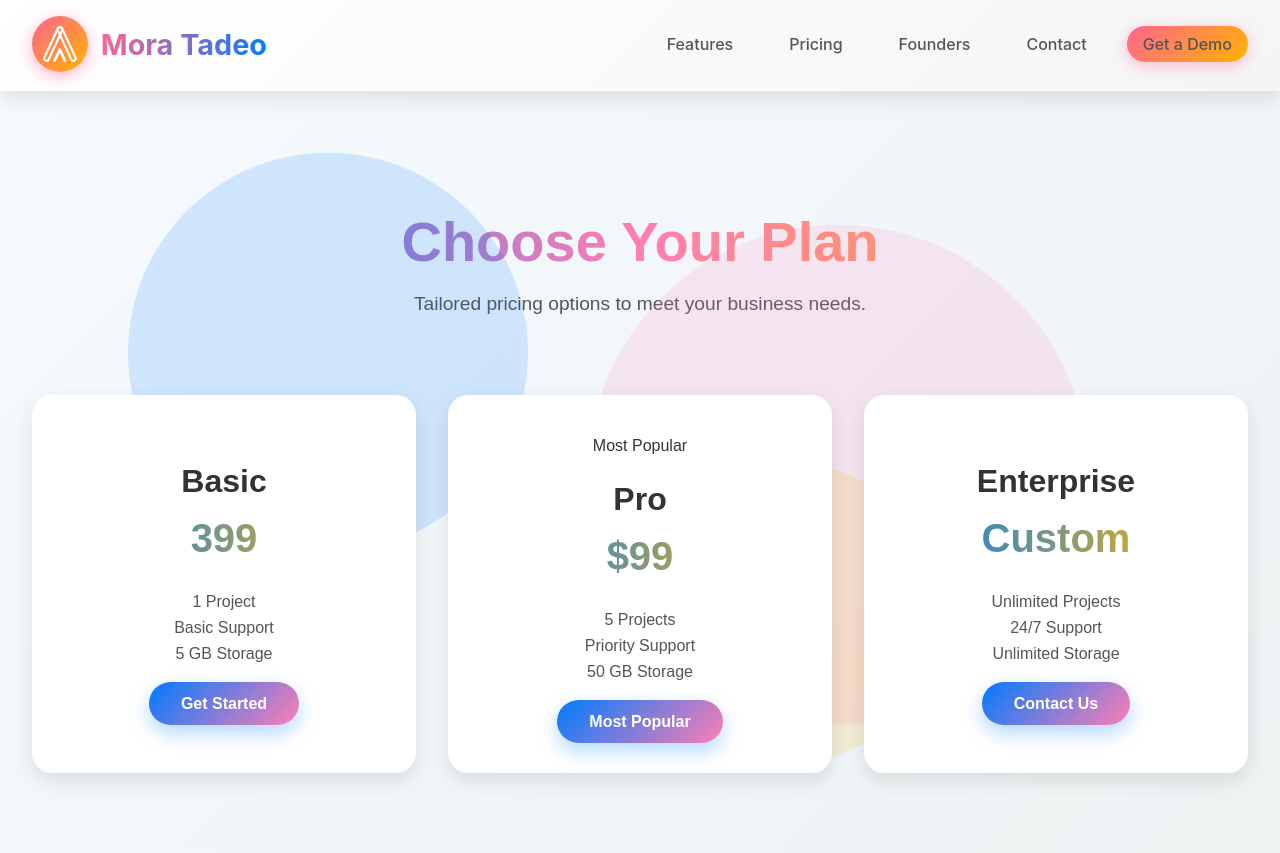
Repository: AbrahamM007/moratadeo
Page: /pricing
An editor plug-in stored every save of this project. The page is shown before and after the next save, followed by the edit.
The browser window is 1280 px wide. The pictures show the whole page.
The project was rebuilt for these pictures with package versions that can differ from the ones it lists, and the page was loaded fresh each time. Also part of the build but not shown: src/HeroSection.css, src/HeroSection.js, src/InfoSection.css, src/InfoSection.js, src/RoadmapSection.css, src/RoadmapSection.js, src/DesignPhaseSection.js, src/HeroBanner.js and 7 more.

Above is the page before, as saved 2025-01-13 10:29:09.

After the next save:
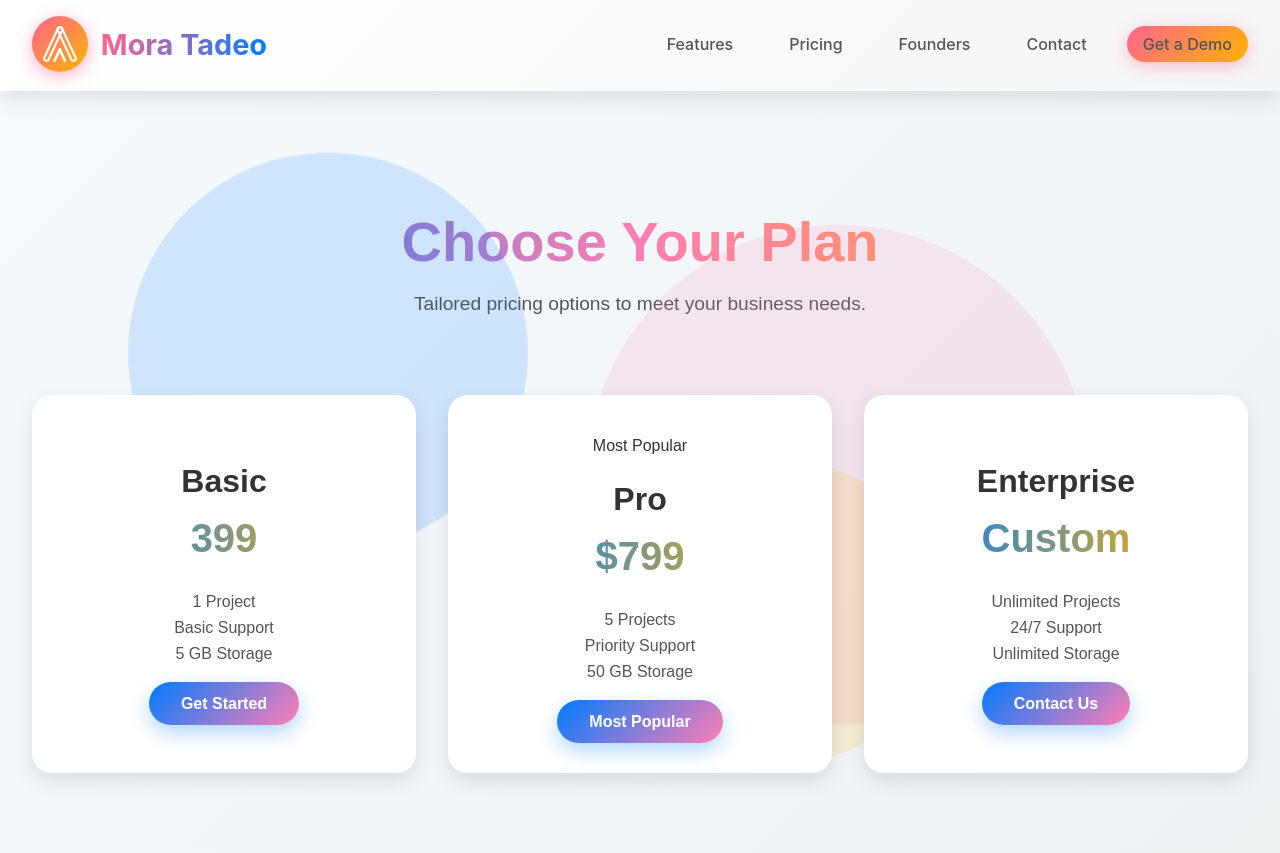
Saved 5 s later.
--- a/src/PricingPage.js
+++ b/src/PricingPage.js
@@ -11,7 +11,7 @@ const pricingPlans = [
   },
   {
     title: "Pro",
-    price: "$99",
+    price: "$799",
     features: ["5 Projects", "Priority Support", "50 GB Storage"],
     buttonText: "Most Popular",
     popular: true,
